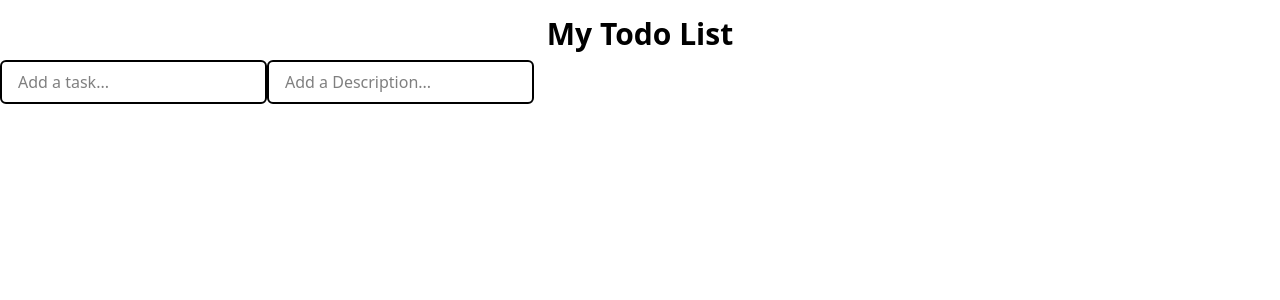
Repository: vgor15/todo-list
Page: /
These files come from the project's save history. The page is drawn as it stood at one moment and after a run of saves; the edit follows.
The browser window is 1280 px wide. The pictures show the whole page.
The project was rebuilt for these pictures with package versions that can differ from the ones it lists, and the page was loaded fresh each time. The framework's server and built-in components were replaced by stand-ins that run in the browser. Also part of the build but not shown: next.config.js, next.config.mjs.

Above is the page before, as saved 2025-03-05 10:28:54.

After the next 4 saves:
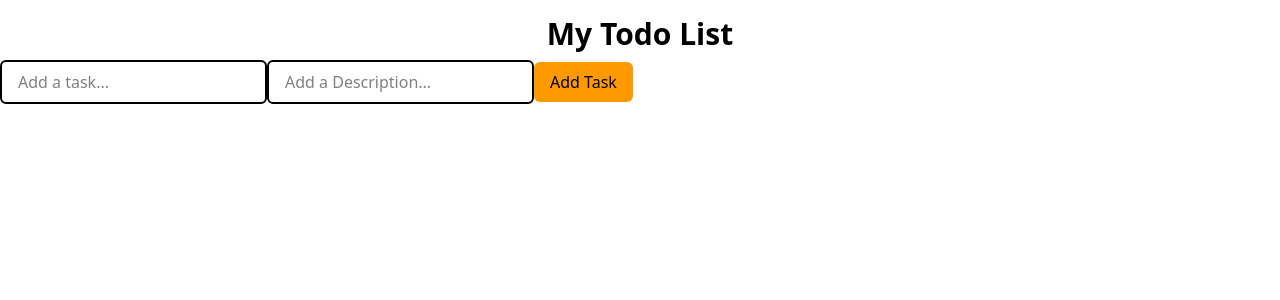
The 4 saves are shown as one change because they came seconds apart.
The last was saved 2 min 3 s later.
--- a/app/page.js
+++ b/app/page.js
@@ -19,6 +19,7 @@ const page = () => {
           id=""
           placeholder="Add a Description..."
         />
+        <button className="bg-amber-500 px-4 py-2 rounded-md">Add Task</button>
       </form>
     </>
   );
